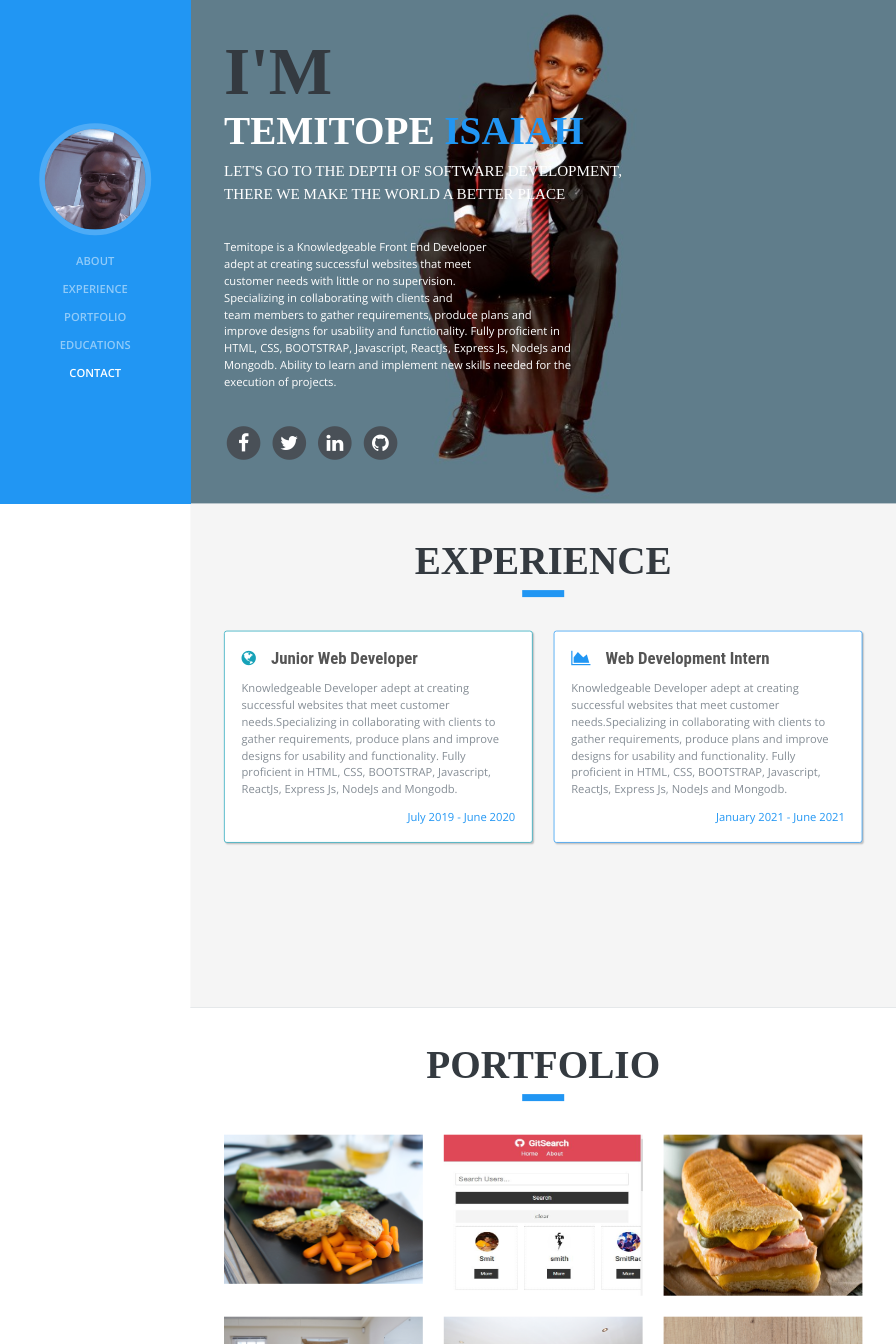
Repository: smit1298/portfolio
Page: index.html
An editor plug-in stored every save of this project. The page is shown before and after the next save, followed by the edit.
The browser window is 1280 px wide. The pictures show the part of the page from y = 0 to 1920 px (the page is 5025 px tall), at 70% of full size.
Some web fonts or font styles are not loaded; a fallback is used.

Above is the page before, as saved 2022-06-06 11:48:21.

After the next save:
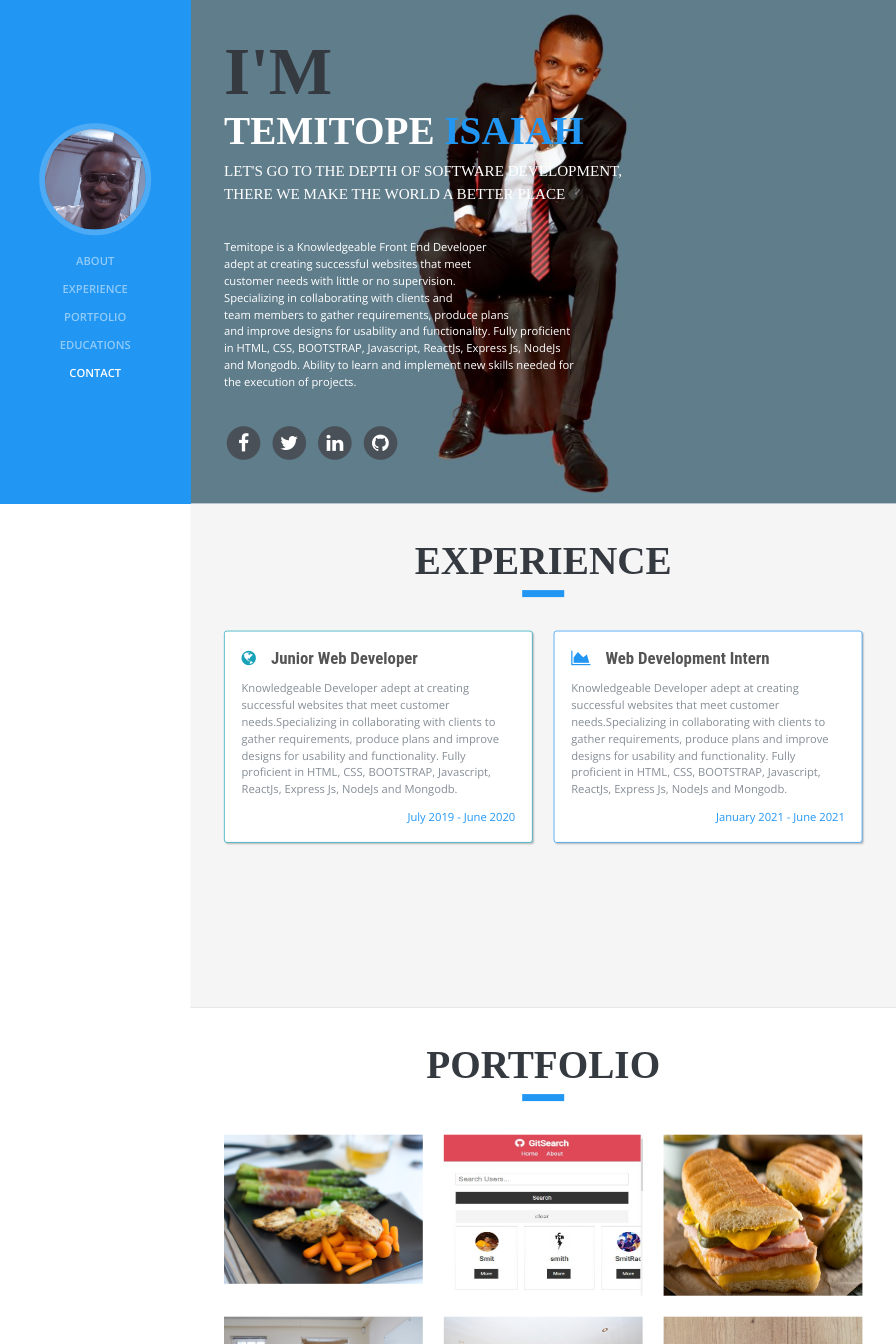
Saved 4 s later.
--- a/index.html
+++ b/index.html
@@ -81,7 +81,7 @@
             adept at creating successful websites that meet <br>
             customer needs with little or no supervision. <br>
             Specializing in collaborating with clients and <br>
-            team members to gather requirements, produce plans
+            team members to gather requirements, produce plans <br>
             and
             improve designs for usability and functionality. Fully proficient in HTML, CSS, BOOTSTRAP, Javascript,
             ReactJs, Express
